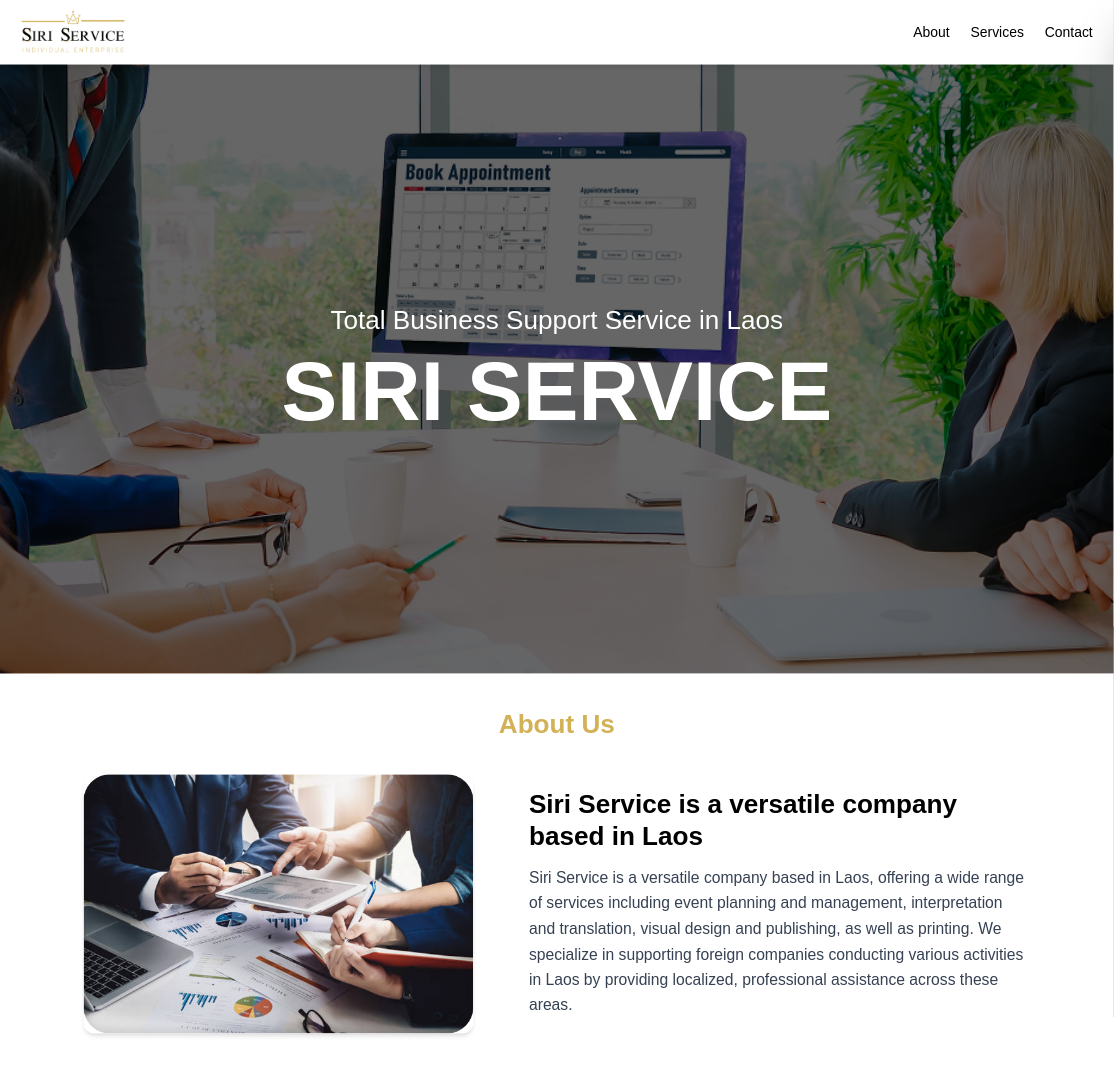
Repository: Phailin-teamplate/siri-service-web
Page: /
These files come from the project's save history. The page is drawn as it stood at one moment and after the next save; the edit follows.
The browser window is 1280 px wide. The pictures show the whole page, at 87% of full size.
The project was rebuilt for these pictures with package versions that can differ from the ones it lists, and the page was loaded fresh each time. The framework's server and built-in components were replaced by stand-ins that run in the browser. Also part of the build but not shown: next.config.ts.

Above is the page before, as saved 2025-07-02 14:20:00.

After the next save:
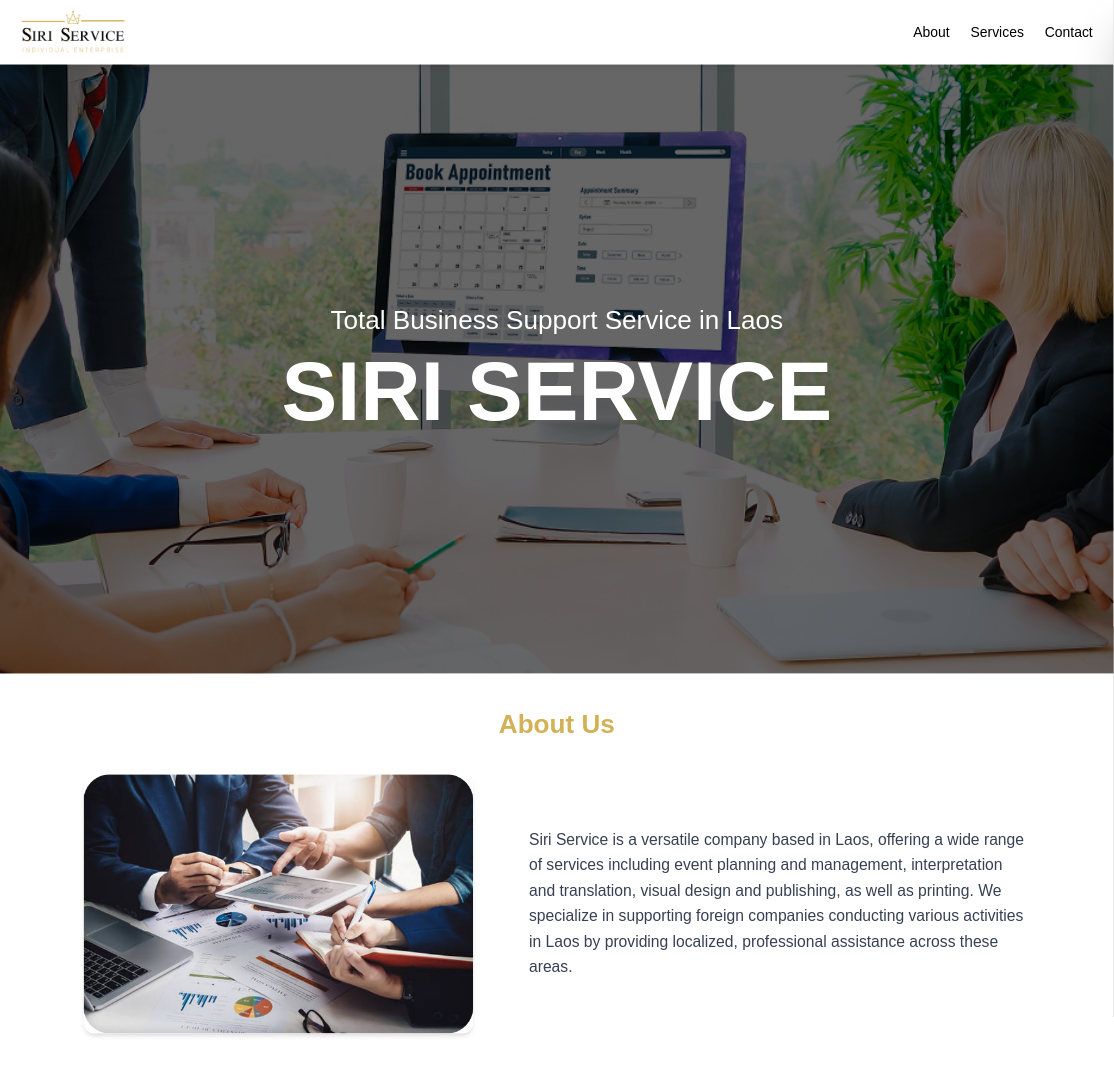
Saved 12 s later.
--- a/src/components/About.tsx
+++ b/src/components/About.tsx
@@ -35,9 +35,7 @@
 
         {/* Text */}
         <div className="w-full max-w-xl text-center md:text-left">
-          <h1 className="text-black text-2xl sm:text-3xl font-semibold mb-4">
-            Siri Service is a versatile company based in Laos
-          </h1>
+
           <p className="text-gray-700 text-base sm:text-lg leading-relaxed">
             Siri Service is a versatile company based in Laos, offering a wide range of
             services including event planning and management, interpretation and
